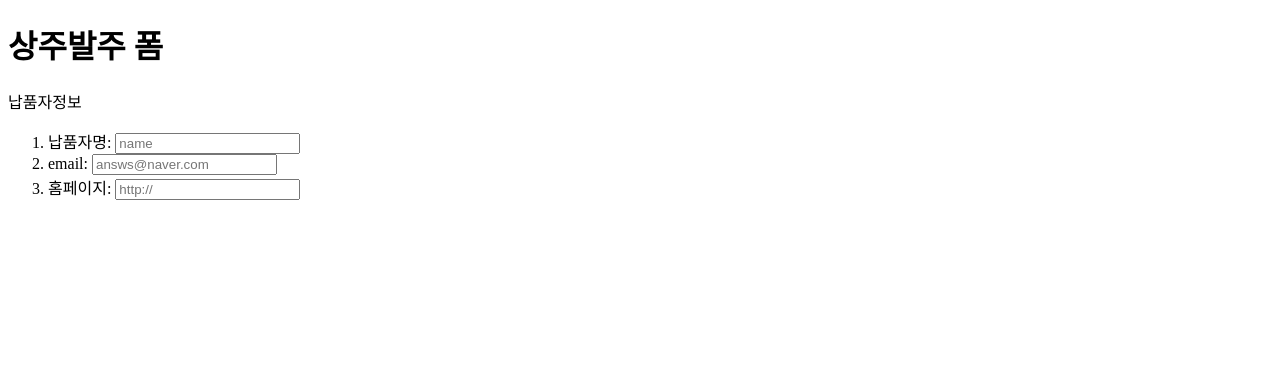
Repository: bianchi112/ict-data
Page: web_workspace/testHTMLProject2/src/main/webapp/views/practice/productform.html
These files come from the project's save history. The page is drawn as it stood at one moment and after the next save; the edit follows.
The browser window is 1280 px wide. The pictures show the whole page.

Above is the page before, as saved 2024-08-16 03:47:20.

After the next save:
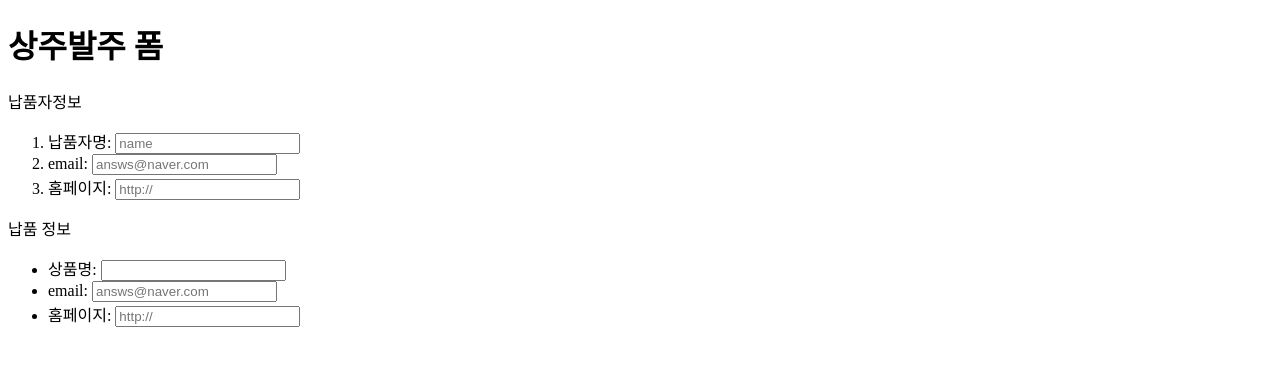
Saved 22 s later.
--- a/web_workspace/testHTMLProject2/src/main/webapp/views/practice/productform.html
+++ b/web_workspace/testHTMLProject2/src/main/webapp/views/practice/productform.html
@@ -21,5 +21,17 @@
 	</li>
 </ol>
 
+납품 정보
+<ul>
+	<li>
+		상품명: <input type="text" >
+	</li>
+	<li>
+		email: <input type="email" placeholder="answs@naver.com">
+	</li>
+	<li>
+		홈페이지: <input type="text" placeholder="http://">
+	</li>
+</ul>
 </body>
 </html>
